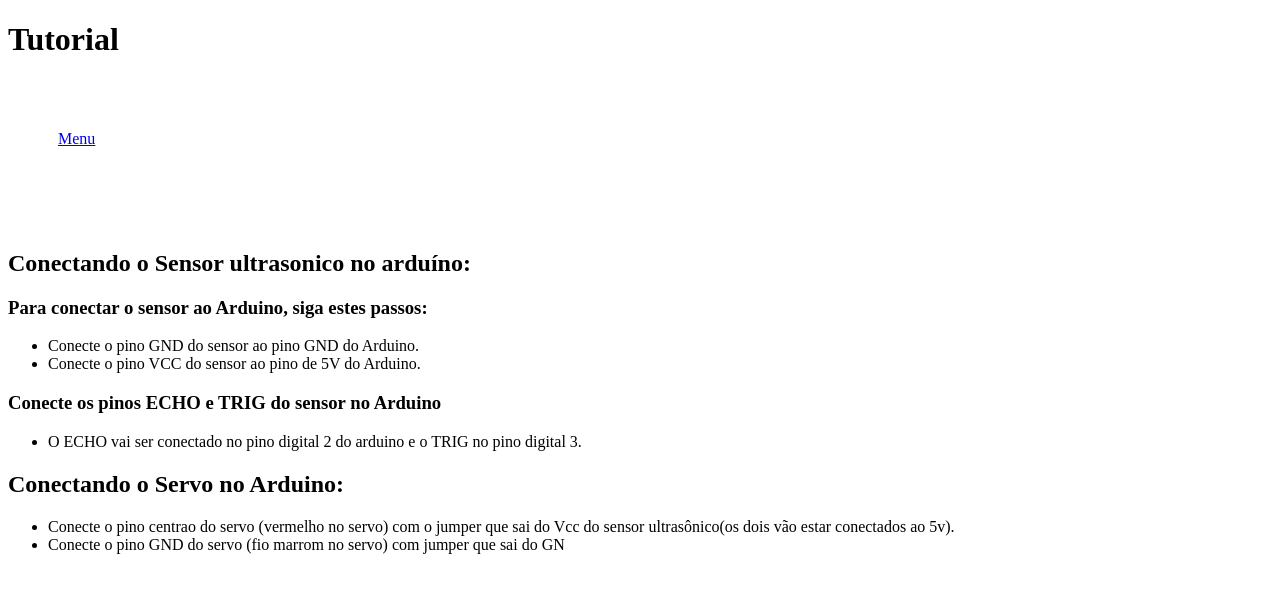
Repository: Eito2511/Site-tutorial-arduino
Page: tutorial.html
These files come from the project's save history. The page is drawn as it stood at one moment and after the next save; the edit follows.
The browser window is 1280 px wide. The pictures show the whole page.

Above is the page before, as saved 2025-06-03 18:32:06.

After the next save:
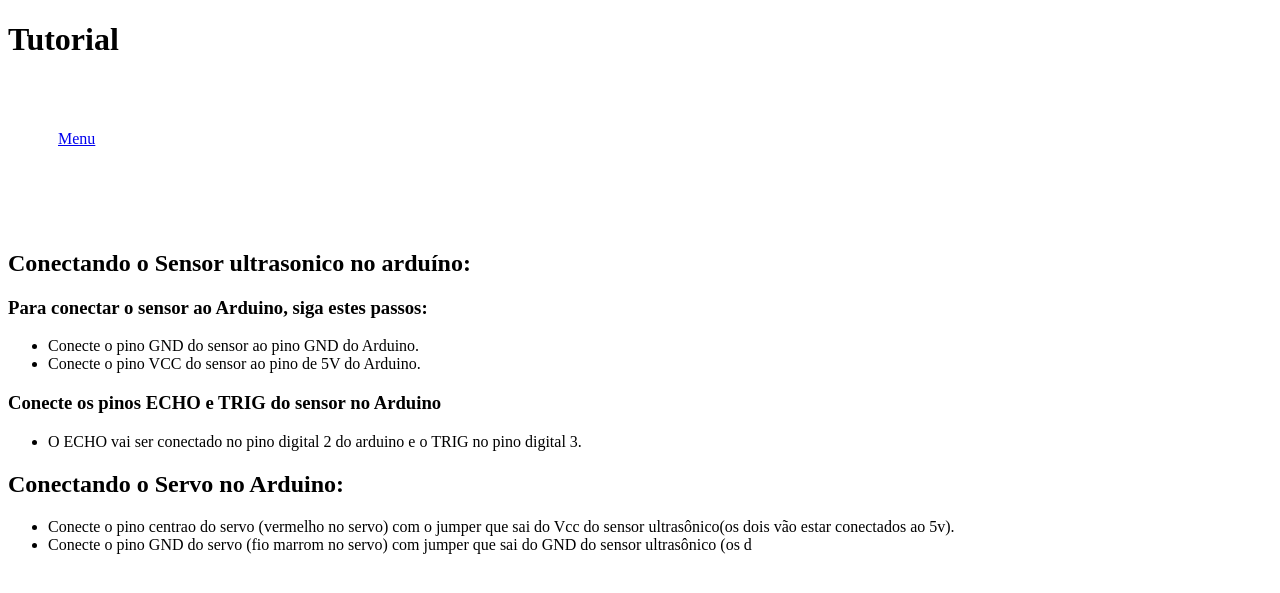
Saved 28 s later.
--- a/tutorial.html
+++ b/tutorial.html
@@ -36,8 +36,8 @@
  ao 5v).
         </li>
         <li>
-         Conecte o pino GND do servo (fio marrom no servo) com jumper que sai
- do GN
+      Conecte o pino GND do servo (fio marrom no servo) com jumper que sai
+ do GND do sensor ultrasônico (os d
         </li>
       </ul>
     </div>
